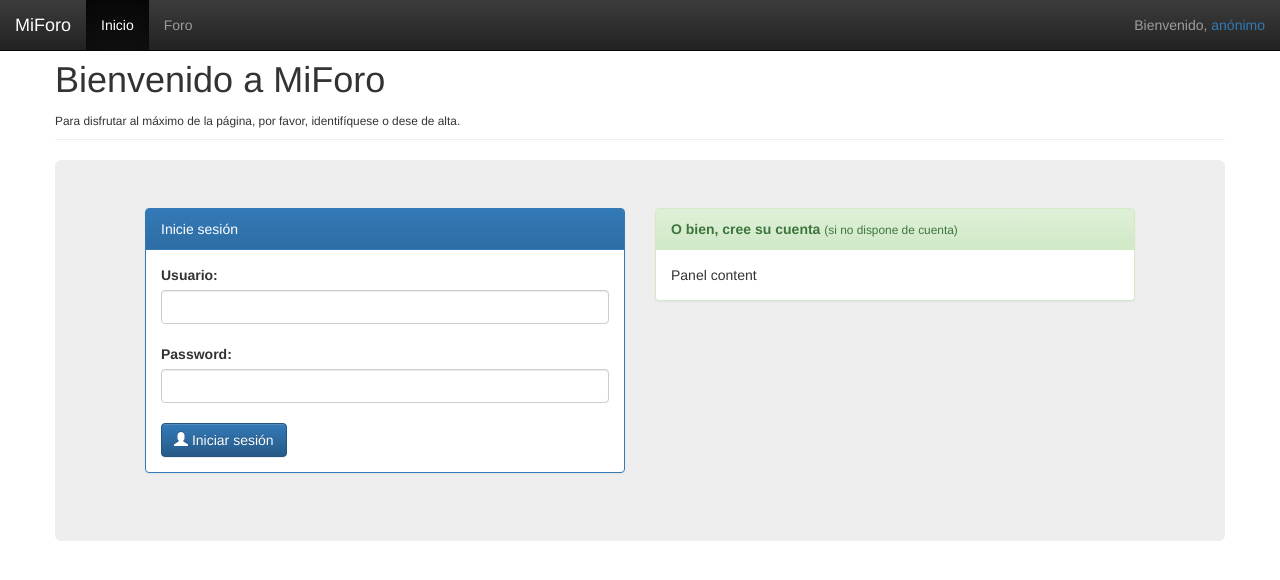
Repository: Myugen/EjercicioPHP
Page: http://localhost/
These files come from the project's save history. The page is drawn as it stood at one moment and after the next save; the edit follows.
The browser window is 1280 px wide. The pictures show the whole page.
Some web libraries are served in a nearby version. The page is run by PHP 8.4 with error messages shown; the project is at /var/www/html/.

Above is the page before, as saved 2015-11-27 19:55:21.
Not found: ProyectoFinalForo/jsfile

### ProyectoFinalForo/index.php
<?php
session_start();
?>
<!DOCTYPE html>
<html lang="es-ES">
<head>
    <meta charset="UTF-8">
    <!-- JQuery -->
    <script src="https://ajax.googleapis.com/ajax/libs/jquery/1.11.3/jquery.min.js"></script>

    <!-- Latest compiled and minified CSS -->
    <link rel="stylesheet" href="https://maxcdn.bootstrapcdn.com/bootstrap/3.3.6/css/bootstrap.min.css">

    <!-- Optional theme -->
    <link rel="stylesheet" href="https://maxcdn.bootstrapcdn.com/bootstrap/3.3.6/css/bootstrap-theme.min.css">

    <!-- Latest compiled and minified JavaScript -->
    <script src="https://maxcdn.bootstrapcdn.com/bootstrap/3.3.6/js/bootstrap.min.js"></script>
    <script type="text/javascript" src="jsfile"></script>
    <title>Inicio</title>
</head>
<body>
    <div class="container">
    	<div class="row">
    	<nav class="navbar navbar-fixed-top navbar-inverse">
    		<a class="navbar-brand" href="#">MiForo</a>
  			<ul class="nav navbar-nav navbar-left">
	    		<li class="nav-item active">
	      			<a class="nav-link" href="#">Inicio<span class="sr-only">(current)</span></a>
	    		</li>
	    		<li class="nav-item">
	      			<a class="nav-link" href="#">Foro</a>
	    		</li>
    		</ul>
    		<ul class="nav navbar-nav navbar-right">
    			<li class="nav-item" style="padding-right: 15px">
    				<p class="navbar-text">Bienvenido, <a class="nav-link">anónimo</a></p>
    			</li>
    		</ul>
    	</nav>
    	</div>
    	<div class="row" style="padding-top: 20px">
    		<div class="page-header">
    			<h1>Bienvenido a MiForo</h1>
    			<small>Para disfrutar al máximo de la página, por favor, identifíquese o dese de alta.</small>
    		</div>
    	</div>
    	<div class="row">
	    	<div class="jumbotron">
	    	<div class="container">
	    	<div class="col-md-6">
	    		<div class="panel panel-primary">
  					<div class="panel-heading">Inicie sesión</div>
  					<div class="panel-body">
    					<form action="resultado_autenticacion.php" method="post" role="form">
							<label for="textBoxUsuario">Usuario:</label>
							<input type="text" name="userIn" id="textBoxUsuario" class="form-control"/><br>
							<label for="textBoxPassword">Password:</label>
							<input type="password" name="passwordIn" id="textBoxPassword" class="form-control"/><br>
							<button type="submit" class="btn btn-primary">
								<span class="glyphicon glyphicon-user" aria-hidden="true"></span>
								Iniciar sesión
							</button>
						</form>
  					</div>
				</div>
	    	</div>
	    	<div class="col-md-6">
		    	<div class="panel panel-success">
	  				<div class="panel-heading"><b>O bien, cree su cuenta</b> <small>(si no dispone de cuenta)</small></div>
	  				<div class="panel-body">
	    				Panel content
	  				</div>
				</div>
	    	</div>
	    	</div>
	    	</div>
    	</div>
    </div>
</body>
</html>

After the next save:
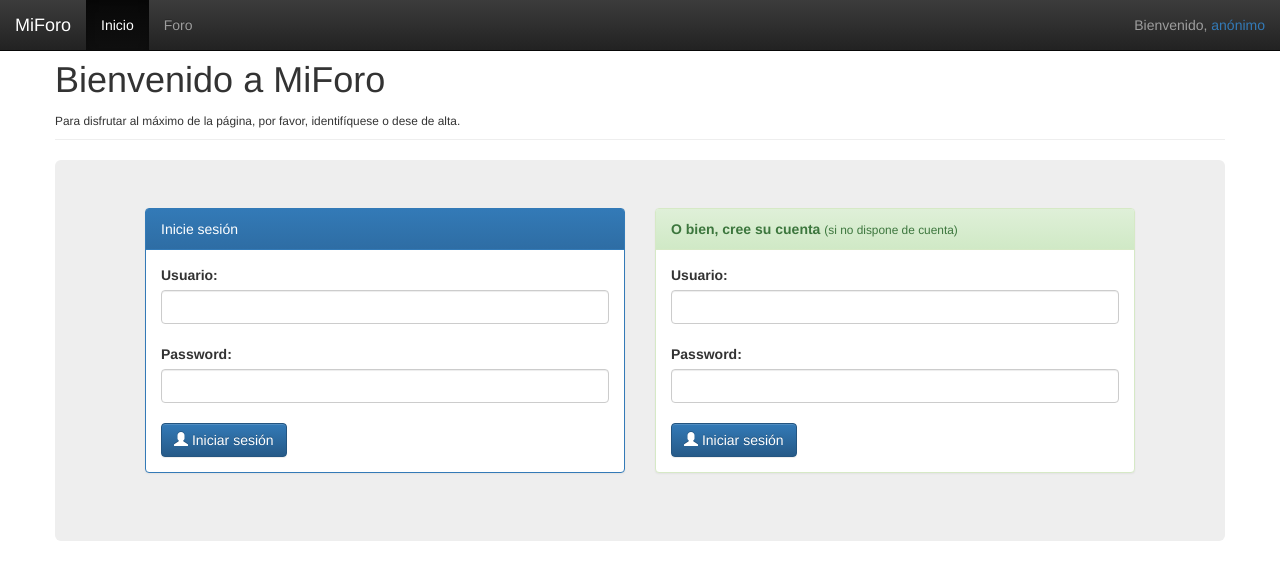
Saved 98 s later.
--- a/ProyectoFinalForo/index.php
+++ b/ProyectoFinalForo/index.php
@@ -69,7 +69,16 @@ session_start();
 		    	<div class="panel panel-success">
 	  				<div class="panel-heading"><b>O bien, cree su cuenta</b> <small>(si no dispone de cuenta)</small></div>
 	  				<div class="panel-body">
-	    				Panel content
+	    				<form action="resultado_crearCuenta.php" method="post" role="form">
+							<label for="textBoxUsuario">Usuario:</label>
+							<input type="text" name="userIn" id="textBoxUsuario" class="form-control"/><br>
+							<label for="textBoxPassword">Password:</label>
+							<input type="password" name="passwordIn" id="textBoxPassword" class="form-control"/><br>
+							<button type="submit" class="btn btn-primary">
+								<span class="glyphicon glyphicon-user" aria-hidden="true"></span>
+								Iniciar sesión
+							</button>
+						</form>
 	  				</div>
 				</div>
 	    	</div>
